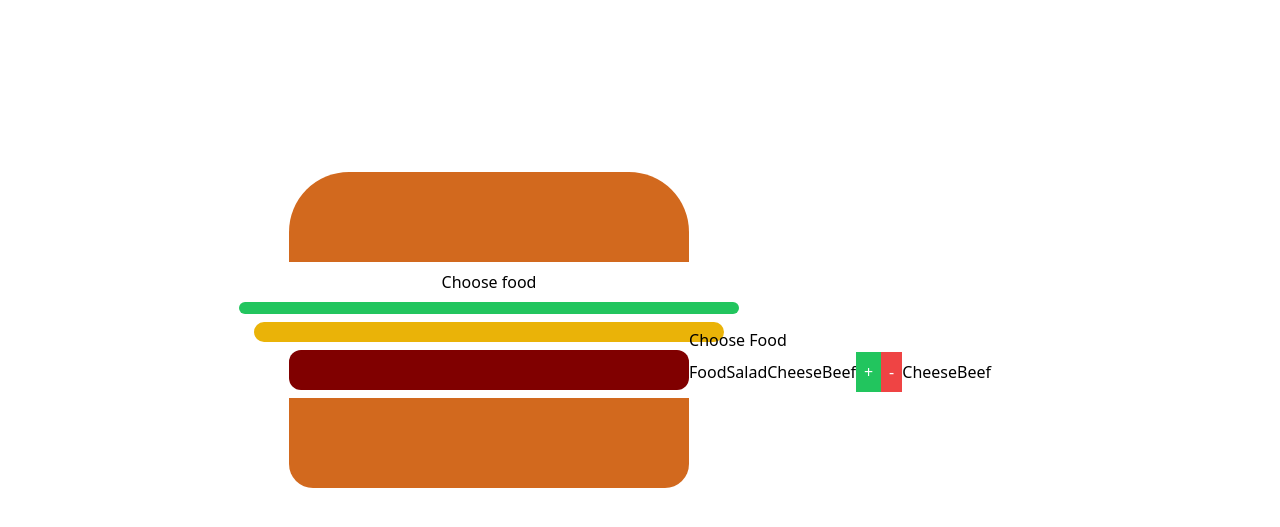
Repository: baobaodeveloper/bootcamp21_HuynhAnhBao_Burger
Page: /
The author's editor kept a copy of each file at every save. The page is drawn from the files as they stood at one save, then again after the next save.
The browser window is 1280 px wide. The pictures show the whole page.
The project was rebuilt for these pictures with package versions that can differ from the ones it lists, and the page was loaded fresh each time. Also part of the build but not shown: vite.config.js.

Above is the page before, as saved 2022-05-15 16:55:27.

After the next save:
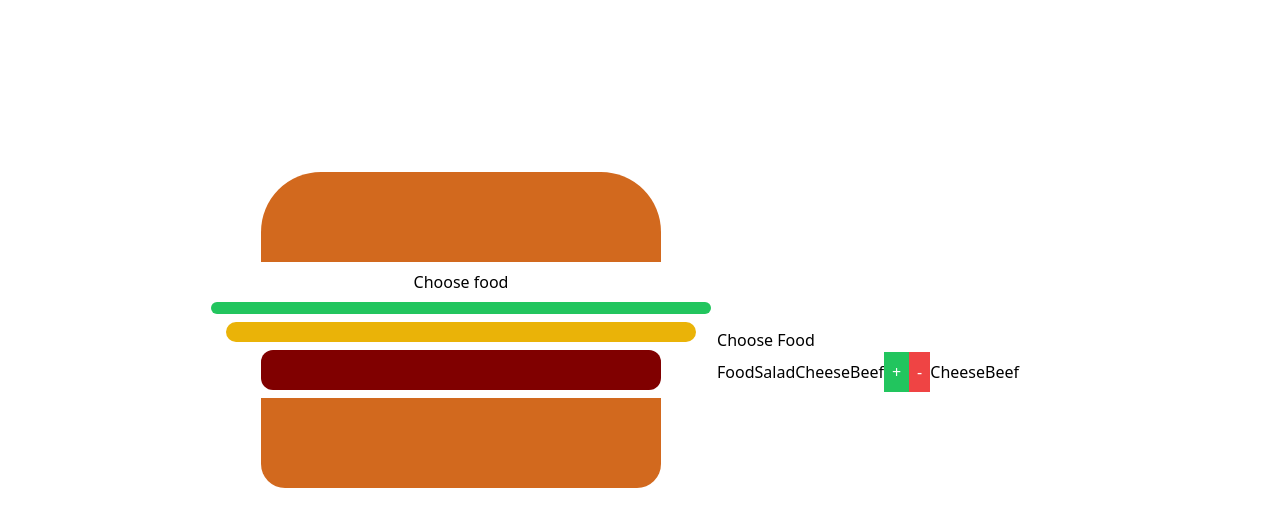
Saved 12 s later.
--- a/src/components/Burger.jsx
+++ b/src/components/Burger.jsx
@@ -3,7 +3,7 @@ import React from "react";
 export default function Burger() {
   return (
     <div>
-      <div className="flex items-center  w-screen h-screen mx-auto justify-center">
+      <div className="flex items-center gap-x-14  w-screen h-screen mx-auto justify-center">
         <div className="flex flex-col justify-center items-center gap-y-2 w-[400px]">
           <div className="bg-[#D2691E] w-full h-[30px] relative">
             <div className="bg-[#D2691E] w-full h-[60px] absolute top-0 left-0 -translate-y-[60px] rounded-tl-full rounded-tr-full"></div>
